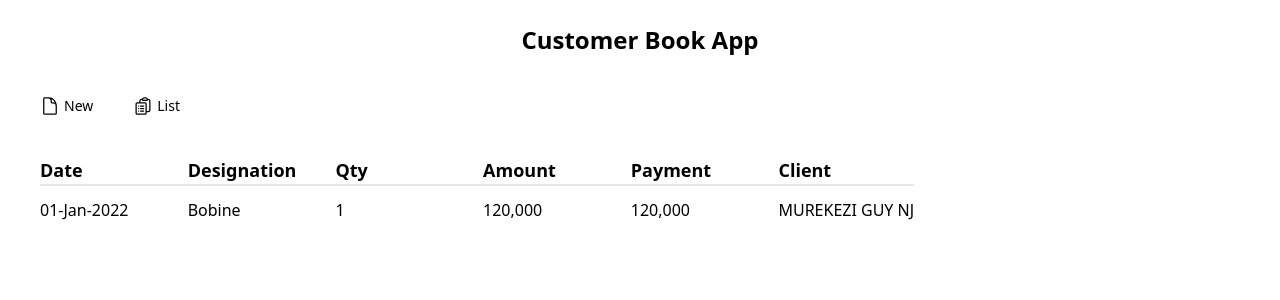
Repository: higirobruce/customerbookapp
Page: /
These files come from the project's save history. The page is drawn as it stood at one moment and after the next save; the edit follows.
The browser window is 1280 px wide. The pictures show the whole page.
The project was rebuilt for these pictures with package versions that can differ from the ones it lists, and the page was loaded fresh each time. The framework's server and built-in components were replaced by stand-ins that run in the browser. Also part of the build but not shown: next.config.js, components/layout/sidebar.js.

Above is the page before, as saved 2022-11-24 16:58:23.

After the next save:
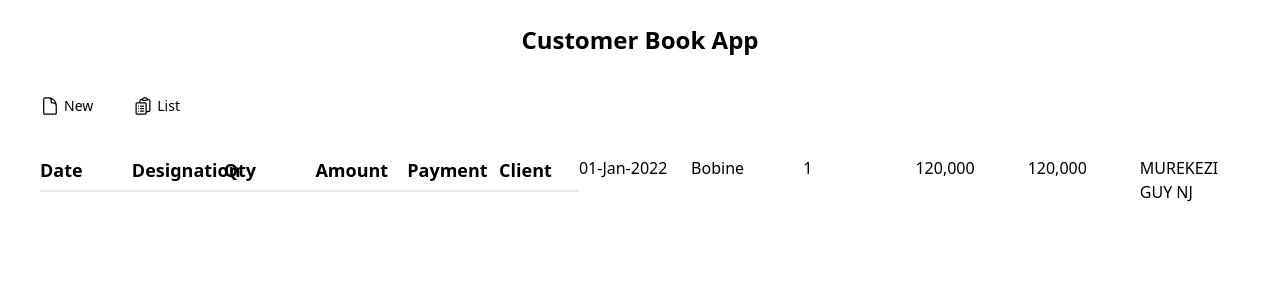
Saved 20 s later.
--- a/components/common/records.js
+++ b/components/common/records.js
@@ -3,7 +3,7 @@
 export default function RecordsTable({data}) {
 
   return (
-    <div>
+    <div className='flex justify-center'>
         <div className='grid grid-cols-6 gap-3 border-b-2 mb-3 text-lg font-semibold'>
                 <div>Date</div>
                 <div>Designation</div>

After the save that followed:
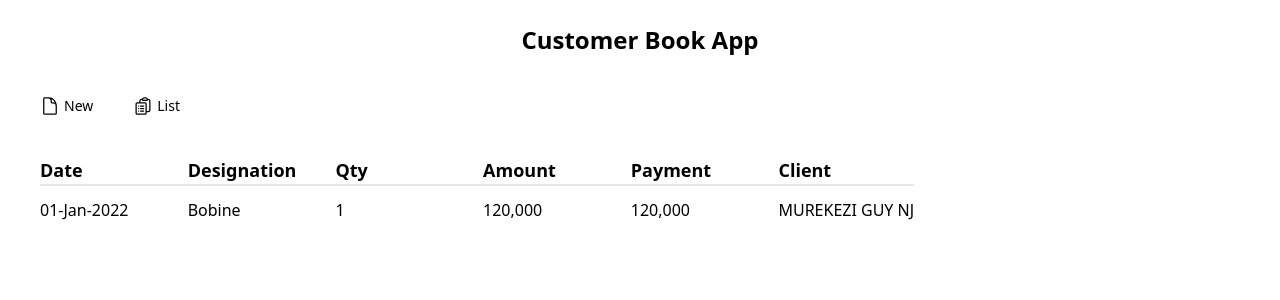
Saved 17 s later.
--- a/components/common/records.js
+++ b/components/common/records.js
@@ -3,7 +3,7 @@
 export default function RecordsTable({data}) {
 
   return (
-    <div className='flex justify-center'>
+    <div className='flex justify-center flex-col'>
         <div className='grid grid-cols-6 gap-3 border-b-2 mb-3 text-lg font-semibold'>
                 <div>Date</div>
                 <div>Designation</div>
